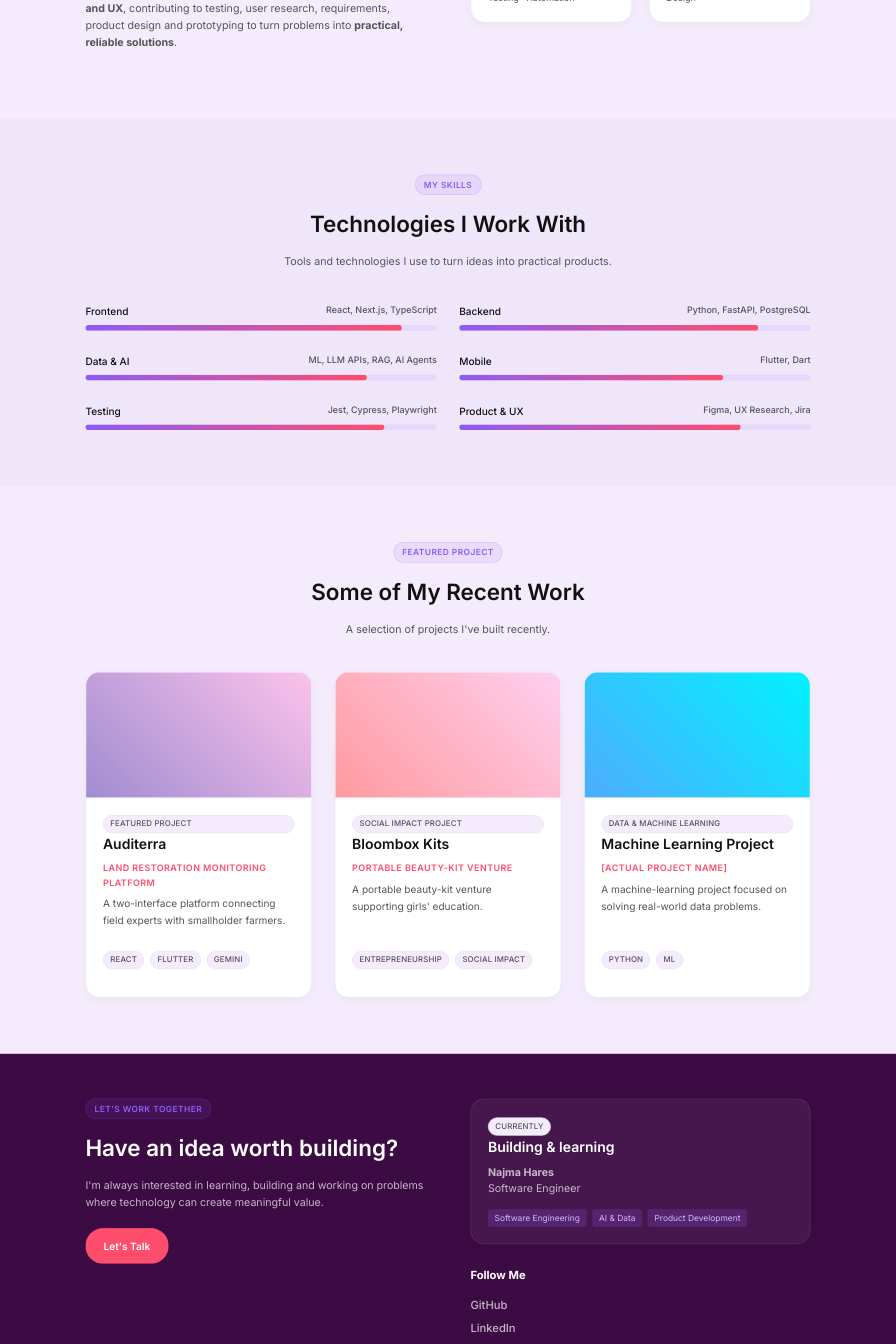
Repository: najmahares/portfolio
Page: index.html
An editor plug-in stored every save of this project. The page is shown before and after the next save, followed by the edit.
The browser window is 1280 px wide. The pictures show the part of the page from y = 1278 to 3198 px (the page is 3384 px tall before and 3344 px after), at 70% of full size.

Above is the page before, as saved 2026-09-19 07:09:28.

### index.html
<!doctype html>
<html lang="en">
  <head>
    <meta charset="UTF-8" />
    <meta name="viewport" content="width=device-width, initial-scale=1.0" />
    <title>Najma Hares | Software Engineer</title>
    <link rel="preconnect" href="https://fonts.googleapis.com" />
    <link rel="preconnect" href="https://fonts.gstatic.com" crossorigin />
    <link
      href="https://fonts.googleapis.com/css2?family=Inter:wght@300;400;500;600;700&display=swap"
      rel="stylesheet"
    />
    <link rel="stylesheet" href="css/style.css" />
  </head>
  <body>
    <!-- Navbar -->
    <nav class="navbar">
      <div class="container nav-container">
        <a href="index.html" class="logo">Najma Hares</a>
        <div class="nav-links">
          <a href="index.html" class="active">Home</a>
          <a href="#about">About</a>
          <a href="#skills">Skills</a>
          <a href="#projects">Projects</a>
          <a href="#contact">Contact</a>
        </div>
        <a href="mailto:haresnajma@gmail.com" class="btn btn-primary magnetic"
          >Let's Talk</a
        >
      </div>
    </nav>

    <!-- Hero Section -->
    <section class="hero">
      <div class="container hero-grid">
        <div class="hero-content">
          <span class="badge reveal"
            >SOFTWARE ENGINEER · AI · DATA · SECURITY</span
          >
          <h1 class="reveal">
            Hi, I'm <span class="text-accent">Najma</span><br />I build
            practical software for real-world problems.
          </h1>
          <p class="hero-desc reveal">
            <strong
              >I like turning <i>“what if?”</i> into <i>“let’s build it.”</i>
            </strong>
            <br />
            I’m naturally curious, and I tend to follow questions all the way
            down the rabbit hole. <br />
            That means researching the problem, challenging assumptions,
            experimenting with ideas and eventually building something that
            people can use. My work has taken me across software, AI, data and
            product design.
            <br />
            <strong
              >Because sometimes the best way to answer a question is to build
              something and see what happens.</strong
            >
          </p>
          <div class="hero-buttons reveal">
            <a href="#contact" class="btn btn-primary magnetic">Get in Touch</a>
            <a href="#projects" class="btn btn-outline magnetic"
              >View my work</a
            >
          </div>
          <div class="tech-stack reveal">
            <span class="badge-sm">Software</span>
            <span class="badge-sm">AI</span>
            <span class="badge-sm">Data</span>
            <span class="badge-sm">Backend</span>
            <span class="badge-sm">Security</span>
            <span class="badge-sm">Product</span>
            <span class="badge-sm">Mobile</span>
            <span class="badge-sm">Web</span>
          </div>
        </div>

        <!-- Hero Image Wrapper -->
        <div class="hero-image-wrapper reveal">
          <div class="avatar-graphic tilt-card" data-rotate="45">
            <img
              src="assets/portfolio_image.jpg"
              alt="Najma Hares"
              class="hero-img"
            />
          </div>
        </div>
      </div>
    </section>

    <!-- About & Stats -->
    <
    <section id="about" class="section">
      <div class="container about-grid">
        <div class="about-text reveal">
          <span class="badge">WHAT I DO</span>
          <h2>I build across the software lifecycle.</h2>

          <p>
            I build software across
            <strong>web, mobile and backend systems</strong>, developing
            applications, APIs and data-driven solutions from implementation
            through testing. My experience also spans
            <strong>AI and machine learning</strong>, including data processing,
            LLMs, RAG and intelligent application workflows, alongside
            <strong>application security</strong> through secure authentication,
            authorization and secure coding practices.
          </p>

          <p>
            Beyond development, I work across
            <strong>quality engineering, product and UX</strong>, contributing
            to testing, user research, requirements, product design and
            prototyping to turn problems into
            <strong>practical, reliable solutions</strong>.
          </p>
        </div>

        <div class="stats-grid">
          <div class="card stat-card reveal tilt-card">
            <h3>01</h3>
            <p>Software Development</p>
            <span class="stat-sub">Web · Mobile · Backend</span>
          </div>

          <div class="card stat-card reveal tilt-card">
            <h3>02</h3>
            <p>AI &amp; Data</p>
            <span class="stat-sub">Machine Learning · LLMs · RAG</span>
          </div>

          <div class="card stat-card reveal tilt-card">
            <h3>03</h3>
            <p>Security &amp; Quality</p>
            <span class="stat-sub"
              >Secure Development · Testing · Automation</span
            >
          </div>

          <div class="card stat-card reveal tilt-card">
            <h3>04</h3>
            <p>Product &amp; UX</p>
            <span class="stat-sub">Research · Requirements · Design</span>
          </div>
        </div>
      </div>
    </section>
    <!-- Skills -->
    <section id="skills" class="section bg-alt">
      <div class="container">
        <div class="section-header reveal">
          <span class="badge">MY SKILLS</span>
          <h2>Technologies I Work With</h2>
          <p>
            Tools and technologies I use to turn ideas into practical products.
          </p>
        </div>
        <div class="skills-grid">
          <div class="skill-item reveal">
            <div class="skill-info">
              <span>Frontend</span><span>React, Next.js, TypeScript</span>
            </div>
            <div class="progress-bar">
              <div class="progress" style="width: 90%"></div>
            </div>
          </div>
          <div class="skill-item reveal">
            <div class="skill-info">
              <span>Backend</span><span>Python, FastAPI, PostgreSQL</span>
            </div>
            <div class="progress-bar">
              <div class="progress" style="width: 85%"></div>
            </div>
          </div>
          <div class="skill-item reveal">
            <div class="skill-info">
              <span>Data & AI</span><span>ML, LLM APIs, RAG, AI Agents</span>
            </div>
            <div class="progress-bar">
              <div class="progress" style="width: 80%"></div>
            </div>
          </div>
          <div class="skill-item reveal">
            <div class="skill-info">
              <span>Mobile</span><span>Flutter, Dart</span>
            </div>
            <div class="progress-bar">
              <div class="progress" style="width: 75%"></div>
            </div>
          </div>
          <div class="skill-item reveal">
            <div class="skill-info">
              <span>Testing</span><span>Jest, Cypress, Playwright</span>
            </div>
            <div class="progress-bar">
              <div class="progress" style="width: 85%"></div>
            </div>
          </div>
          <div class="skill-item reveal">
            <div class="skill-info">
              <span>Product & UX</span><span>Figma, UX Research, Jira</span>
            </div>
            <div class="progress-bar">
              <div class="progress" style="width: 80%"></div>
            </div>
          </div>
        </div>
      </div>
    </section>

    <!-- Recent Work -->
    <section id="projects" class="section">
      <div class="container">
        <div class="section-header reveal">
          <span class="badge">FEATURED PROJECT</span>
          <h2>Some of My Recent Work</h2>
          <p>A selection of projects I've built recently.</p>
        </div>
        <div class="projects-grid">
          <a href="project.html" class="card project-card reveal tilt-card">
            <div class="project-img placeholder-1"></div>
            <div class="project-info">
              <span class="badge-sm">FEATURED PROJECT</span>
              <h3>Auditerra</h3>
              <p class="project-subtitle">
                Land Restoration Monitoring Platform
              </p>
              <p class="project-desc">
                A two-interface platform connecting field experts with
                smallholder farmers.
              </p>
              <div class="project-tags">
                <span class="badge-sm">React</span>
                <span class="badge-sm">Flutter</span>
                <span class="badge-sm">Gemini</span>
              </div>
            </div>
          </a>
          <a href="project.html" class="card project-card reveal tilt-card">
            <div class="project-img placeholder-2"></div>
            <div class="project-info">
              <span class="badge-sm">SOCIAL IMPACT PROJECT</span>
              <h3>Bloombox Kits</h3>
              <p class="project-subtitle">Portable Beauty-Kit Venture</p>
              <p class="project-desc">
                A portable beauty-kit venture supporting girls' education.
              </p>
              <div class="project-tags">
                <span class="badge-sm">Entrepreneurship</span>
                <span class="badge-sm">Social Impact</span>
              </div>
            </div>
          </a>
          <a href="project.html" class="card project-card reveal tilt-card">
            <div class="project-img placeholder-3"></div>
            <div class="project-info">
              <span class="badge-sm">DATA & MACHINE LEARNING</span>
              <h3>Machine Learning Project</h3>
              <p class="project-subtitle">[Actual Project Name]</p>
              <p class="project-desc">
                A machine-learning project focused on solving real-world data
                problems.
              </p>
              <div class="project-tags">
                <span class="badge-sm">Python</span>
                <span class="badge-sm">ML</span>
              </div>
            </div>
          </a>
        </div>
      </div>
    </section>

    <!-- Footer -->
    <footer id="contact" class="footer">
      <div class="container footer-grid">
        <div class="footer-cta reveal">
          <span class="badge">LET'S WORK TOGETHER</span>
          <h2>Have an idea worth building?</h2>
          <p>
            I'm always interested in learning, building and working on problems
            where technology can create meaningful value.
          </p>
          <a href="mailto:haresnajma@gmail.com" class="btn btn-primary magnetic"
            >Let's Talk</a
          >
        </div>
        <div class="footer-info reveal">
          <div class="card personal-card">
            <span class="badge-sm">CURRENTLY</span>
            <h3>Building & learning</h3>
            <p><strong>Najma Hares</strong><br />Software Engineer</p>
            <div class="personal-focus">
              <span>Software Engineering</span>
              <span>AI & Data</span>
              <span>Product Development</span>
            </div>
          </div>
          <div class="social-links">
            <h4>Follow Me</h4>
            <a href="#">GitHub</a>
            <a href="#">LinkedIn</a>
            <a href="mailto:haresnajma@gmail.com">haresnajma@gmail.com</a>
          </div>
        </div>
      </div>
      <div class="container footer-bottom">
        <p>&copy; 2026 Najma Hares Muhumed. All rights reserved.</p>
        <p>Made with ❤️ by Najma</p>
      </div>
    </footer>

    <script src="js/main.js"></script>
  </body>
</html>

### css/style.css
:root {
  --bg-nav: #3d0b43;
  --bg-hero: #e9d6f9;
  --bg-body: #f4ebfc;
  --bg-card: #ffffff;

  --text-main: #1a1a1a;
  --text-heading: #111111;
  --text-muted: #555555;

  --accent: #ff4d6d;
  --accent-purple: #8b5cf6;
  --border: #e2e8f0;
  --border-radius: 20px;
  --font-main: "Inter", sans-serif;
}

* {
  margin: 0;
  padding: 0;
  box-sizing: border-box;
}

html {
  scroll-behavior: smooth;
}

body {
  font-family: var(--font-main);
  background-color: var(--bg-body);
  color: var(--text-main);
  line-height: 1.6;
  overflow-x: hidden;
}

a {
  text-decoration: none;
  color: inherit;
  transition: color 0.3s;
}
ul {
  list-style: none;
}

.container {
  max-width: 1100px;
  margin: 0 auto;
  padding: 0 2rem;
}
.section {
  padding: 5rem 0;
}
.bg-alt {
  background-color: #f0e6fa;
}
.text-accent {
  color: var(--accent);
}

h1 {
  font-size: clamp(2rem, 4vw, 3rem);
  line-height: 1.2;
  font-weight: 700;
  margin-bottom: 1rem;
  color: var(--text-heading);
}
h2 {
  font-size: 2rem;
  font-weight: 600;
  margin-bottom: 1rem;
  color: var(--text-heading);
}
h3 {
  font-size: 1.25rem;
  font-weight: 600;
  margin-bottom: 0.5rem;
  color: var(--text-heading);
}
p {
  color: var(--text-muted);
  margin-bottom: 1rem;
  font-size: 0.95rem;
}

.btn {
  display: inline-block;
  padding: 0.75rem 1.5rem;
  border-radius: 50px;
  font-weight: 600;
  font-size: 0.9rem;
  cursor: pointer;
  transition: all 0.3s ease;
  border: 2px solid transparent;
}
.btn-primary {
  background-color: var(--accent);
  color: #ffffff;
}
.btn-primary:hover {
  background-color: #e63956;
  transform: translateY(-2px);
  box-shadow: 0 4px 15px rgba(255, 77, 109, 0.4);
}
.btn-outline {
  background-color: transparent;
  border-color: var(--border);
  color: var(--text-main);
}
.btn-outline:hover {
  border-color: var(--accent-purple);
  color: var(--accent-purple);
  transform: translateY(-2px);
}
.badge {
  display: inline-block;
  padding: 0.25rem 0.75rem;
  background-color: rgba(139, 92, 246, 0.1);
  color: var(--accent-purple);
  border-radius: 50px;
  font-size: 0.75rem;
  font-weight: 600;
  margin-bottom: 1rem;
  border: 1px solid rgba(139, 92, 246, 0.2);
  text-transform: uppercase;
  letter-spacing: 0.05em;
}
.badge-sm {
  display: inline-block;
  padding: 0.2rem 0.6rem;
  background-color: var(--bg-body);
  border: 1px solid var(--border);
  border-radius: 50px;
  font-size: 0.7rem;
  font-weight: 500;
  color: var(--text-muted);
  text-transform: uppercase;
  letter-spacing: 0.02em;
}
.link-arrow {
  color: var(--accent);
  font-weight: 600;
  font-size: 0.9rem;
  display: inline-flex;
  align-items: center;
  gap: 0.25rem;
}
.link-arrow:hover {
  gap: 0.5rem;
  color: #e63956;
}

.navbar {
  position: sticky;
  top: 0;
  background-color: var(--bg-nav);
  z-index: 100;
  border-bottom: 1px solid rgba(255, 255, 255, 0.1);
}
.nav-container {
  display: flex;
  justify-content: space-between;
  align-items: center;
  height: 72px;
}
.logo {
  font-size: 1.25rem;
  font-weight: 700;
  color: #ffffff;
  font-family: monospace;
}
.nav-links {
  display: flex;
  gap: 2rem;
}
.nav-links a {
  font-size: 0.9rem;
  font-weight: 500;
  color: rgba(255, 255, 255, 0.7);
}
.nav-links a:hover,
.nav-links a.active {
  color: #ffffff;
}

.hero {
  padding: 5rem 0 4rem;
  background-color: var(--bg-hero);
  position: relative;
  overflow: hidden;
}

.hero-grid {
  display: grid;
  grid-template-columns: 1.6fr 1fr;
  gap: 6rem;
  align-items: center;
}

.hero-desc {
  font-size: 0.95rem;
  max-width: 100%;
  margin-bottom: 2rem;
  line-height: 1.7;
}

.hero-buttons {
  display: flex;
  gap: 1rem;
  margin-bottom: 2rem;
}

.tech-stack {
  display: flex;
  flex-wrap: wrap;
  gap: 0.5rem;
}

.hero-image-wrapper {
  display: flex;
  justify-content: center;
  align-items: center;
  position: relative;
  min-height: 550px;
}

.avatar-graphic {
  width: 100%;
  max-width: 380px;
  height: 380px;
  border-radius: 24px;
  display: flex;
  align-items: center;
  justify-content: center;
  position: relative;
  z-index: 10;
  background-color: var(--bg-hero);
  box-shadow: 0 25px 50px rgba(61, 11, 67, 0.1);
  overflow: hidden;
  transition:
    transform 0.5s ease,
    box-shadow 0.5s ease;
  transform: rotate(45deg);
  border: 1px solid rgba(255, 255, 255, 0.5);
}

.avatar-graphic:hover {
  box-shadow: 0 30px 60px rgba(61, 11, 67, 0.15);
}

.hero-img {
  width: 85%;
  height: 85%;
  object-fit: cover;
  object-position: center top;
  border-radius: 50%;
  border: 4px solid #ffffff;
  box-shadow: 0 10px 30px rgba(61, 11, 67, 0.15);
  display: block;
  transform: rotate(-45deg);
}

.about-grid {
  display: grid;
  grid-template-columns: 1fr 1fr;
  gap: 4rem;
  align-items: center;
}
.stats-grid {
  display: grid;
  grid-template-columns: 1fr 1fr;
  gap: 1.5rem;
}
.card {
  background-color: var(--bg-card);
  border: 1px solid var(--border);
  border-radius: var(--border-radius);
  padding: 1.5rem;
  box-shadow: 0 4px 15px rgba(0, 0, 0, 0.03);
  transition:
    transform 0.3s ease,
    box-shadow 0.3s ease;
}
.card:hover {
  transform: translateY(-3px);
  box-shadow: 0 8px 25px rgba(0, 0, 0, 0.06);
}
.stat-card h3 {
  font-size: 2.5rem;
  color: var(--accent-purple);
  margin-bottom: 0.25rem;
  line-height: 1;
}
.stat-card p {
  font-size: 0.95rem;
  font-weight: 600;
  color: var(--text-heading);
  margin-bottom: 0.25rem;
}
.stat-sub {
  font-size: 0.8rem;
  color: var(--text-muted);
  display: block;
}

.section-header {
  text-align: center;
  margin-bottom: 3rem;
}
.skills-grid {
  display: grid;
  grid-template-columns: 1fr 1fr;
  gap: 2rem;
}
.skill-info {
  display: flex;
  justify-content: space-between;
  margin-bottom: 0.5rem;
  font-size: 0.9rem;
  font-weight: 500;
  color: var(--text-heading);
}
.skill-info span:last-child {
  color: var(--text-muted);
  font-size: 0.8rem;
}
.progress-bar {
  height: 8px;
  background-color: rgba(139, 92, 246, 0.1);
  border-radius: 4px;
  overflow: hidden;
}
.progress {
  height: 100%;
  background: linear-gradient(90deg, var(--accent-purple), var(--accent));
  border-radius: 4px;
}

.projects-grid {
  display: grid;
  grid-template-columns: repeat(auto-fit, minmax(300px, 1fr));
  gap: 2rem;
}
.project-card {
  padding: 0;
  overflow: hidden;
  display: flex;
  flex-direction: column;
  cursor: pointer;
}
.project-img {
  height: 180px;
  border-bottom: 1px solid var(--border);
}
.placeholder-1 {
  background: linear-gradient(45deg, #a18cd1, #fbc2eb);
}
.placeholder-2 {
  background: linear-gradient(45deg, #ff9a9e, #fecfef);
}
.placeholder-3 {
  background: linear-gradient(45deg, #4facfe, #00f2fe);
}
.project-info {
  padding: 1.5rem;
  display: flex;
  flex-direction: column;
  flex-grow: 1;
}
.project-subtitle {
  font-size: 0.8rem;
  font-weight: 600;
  color: var(--accent);
  margin-bottom: 0.5rem;
  text-transform: uppercase;
  letter-spacing: 0.05em;
}
.project-desc {
  font-size: 0.9rem;
  margin-bottom: 1rem;
  flex-grow: 1;
}
.project-tags {
  display: flex;
  flex-wrap: wrap;
  gap: 0.5rem;
  margin: 1rem 0;
}

.footer {
  background-color: var(--bg-nav);
  color: #ffffff;
  padding: 4rem 0 2rem;
}
.footer-grid {
  display: grid;
  grid-template-columns: 1fr 1fr;
  gap: 4rem;
  margin-bottom: 3rem;
}
.footer-cta h2 {
  color: #ffffff;
  font-size: 2rem;
}
.footer-cta p {
  color: rgba(255, 255, 255, 0.7);
  margin-bottom: 1.5rem;
}
.footer-info {
  display: flex;
  flex-direction: column;
  gap: 2rem;
}
.personal-card {
  background: rgba(255, 255, 255, 0.05);
  border: 1px solid rgba(255, 255, 255, 0.1);
}
.personal-card h3 {
  color: #ffffff;
}
.personal-card p {
  color: rgba(255, 255, 255, 0.7);
}
.personal-focus {
  display: flex;
  flex-wrap: wrap;
  gap: 0.5rem;
  margin-top: 1rem;
}
.personal-focus span {
  font-size: 0.75rem;
  background: rgba(139, 92, 246, 0.2);
  color: #d8b4fe;
  padding: 0.2rem 0.6rem;
  border-radius: 4px;
}
.social-links h4 {
  color: #ffffff;
  margin-bottom: 1rem;
}
.social-links a {
  display: block;
  color: rgba(255, 255, 255, 0.7);
  margin-bottom: 0.5rem;
  font-weight: 500;
}
.social-links a:hover {
  color: var(--accent);
}
.footer-bottom {
  display: flex;
  justify-content: space-between;
  padding-top: 2rem;
  border-top: 1px solid rgba(255, 255, 255, 0.1);
  font-size: 0.85rem;
  color: rgba(255, 255, 255, 0.5);
}

.reveal {
  opacity: 0;
  transform: translateY(30px);
  transition: all 0.8s cubic-bezier(0.5, 0, 0, 1);
}
.reveal.active {
  opacity: 1;
  transform: translateY(0);
}

@media (max-width: 992px) {
  .hero-grid,
  .about-grid,
  .footer-grid {
    grid-template-columns: 1fr;
  }
  .hero-image-wrapper {
    order: -1;
    margin-bottom: 3rem;
    min-height: auto;
  }
  .skills-grid {
    grid-template-columns: 1fr;
  }
}
@media (max-width: 768px) {
  .nav-links {
    display: none;
  }
  .hero-buttons {
    flex-direction: column;
  }
  .stats-grid {
    grid-template-columns: 1fr;
  }
  .footer-bottom {
    flex-direction: column;
    gap: 1rem;
    text-align: center;
  }
  .avatar-graphic {
    max-width: 300px;
    height: 300px;
  }
}
.avatar-graphic {
  width: 100%;
  max-width: 380px;
  height: 380px;
  border-radius: 24px;
  display: flex;
  align-items: center;
  justify-content: center;
  position: relative;
  z-index: 10;
  background-color: var(--bg-hero);

  box-shadow:
    0 35px 70px rgba(61, 11, 67, 0.25),
    0 10px 20px rgba(61, 11, 67, 0.15);

  overflow: hidden;
  transition:
    transform 0.5s ease,
    box-shadow 0.5s ease;
  transform: rotate(45deg);
}

.avatar-graphic:hover {
  box-shadow:
    0 45px 90px rgba(61, 11, 67, 0.35),
    0 15px 30px rgba(61, 11, 67, 0.2);
}

Loaded but not shown: js/main.js (72 lines, source omitted)

After the next save:
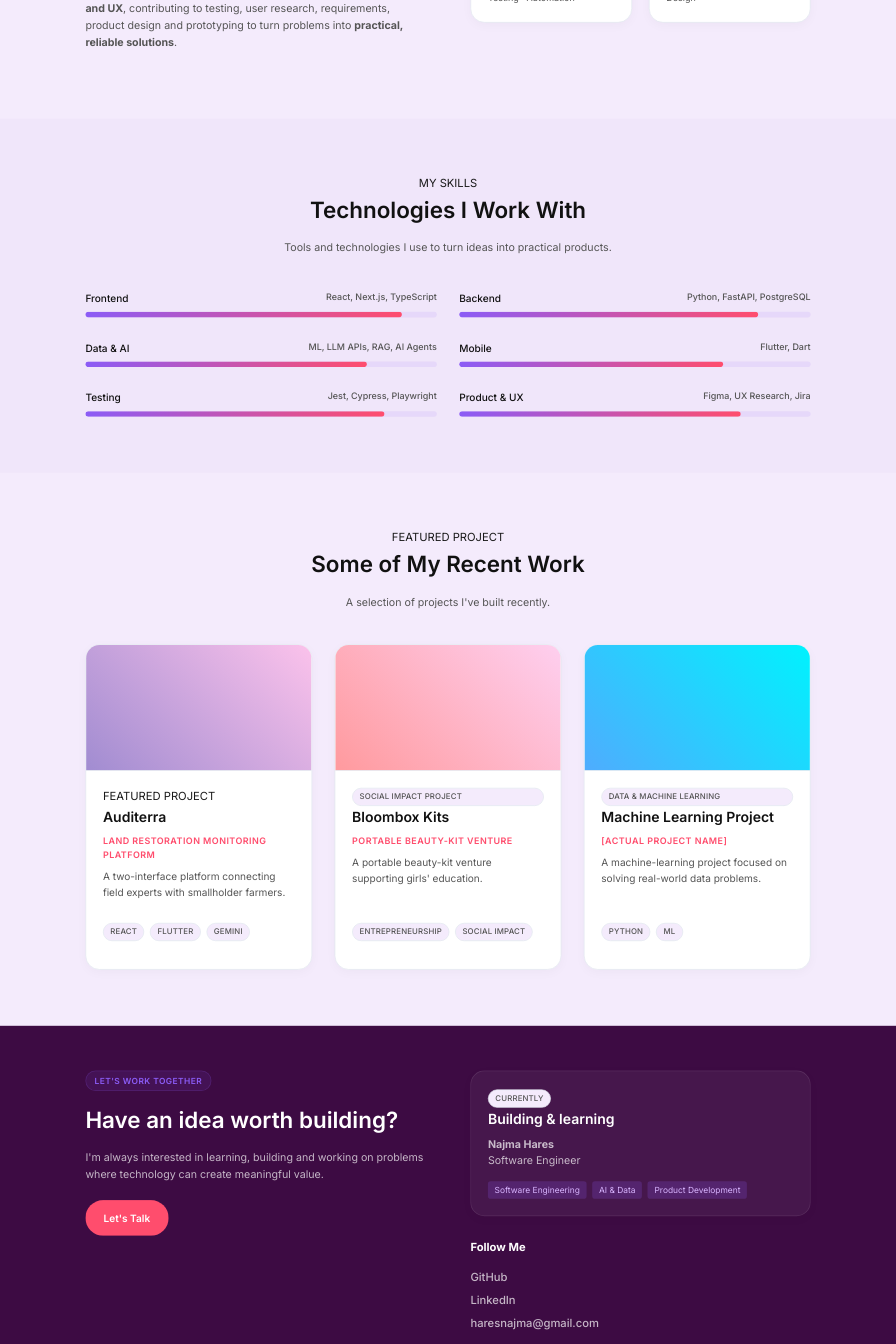
Saved 3 min 18 s later.
--- a/index.html
+++ b/index.html
@@ -150,7 +150,7 @@
     <section id="skills" class="section bg-alt">
       <div class="container">
         <div class="section-header reveal">
-          <span class="badge">MY SKILLS</span>
+          <span class="section-tag">MY SKILLS</span>
           <h2>Technologies I Work With</h2>
           <p>
             Tools and technologies I use to turn ideas into practical products.
@@ -213,7 +213,7 @@
     <section id="projects" class="section">
       <div class="container">
         <div class="section-header reveal">
-          <span class="badge">FEATURED PROJECT</span>
+          <span class="section-tag">FEATURED PROJECT</span>
           <h2>Some of My Recent Work</h2>
           <p>A selection of projects I've built recently.</p>
         </div>
@@ -221,7 +221,7 @@
           <a href="project.html" class="card project-card reveal tilt-card">
             <div class="project-img placeholder-1"></div>
             <div class="project-info">
-              <span class="badge-sm">FEATURED PROJECT</span>
+              <span class="section-tag-sm">FEATURED PROJECT</span>
               <h3>Auditerra</h3>
               <p class="project-subtitle">
                 Land Restoration Monitoring Platform
